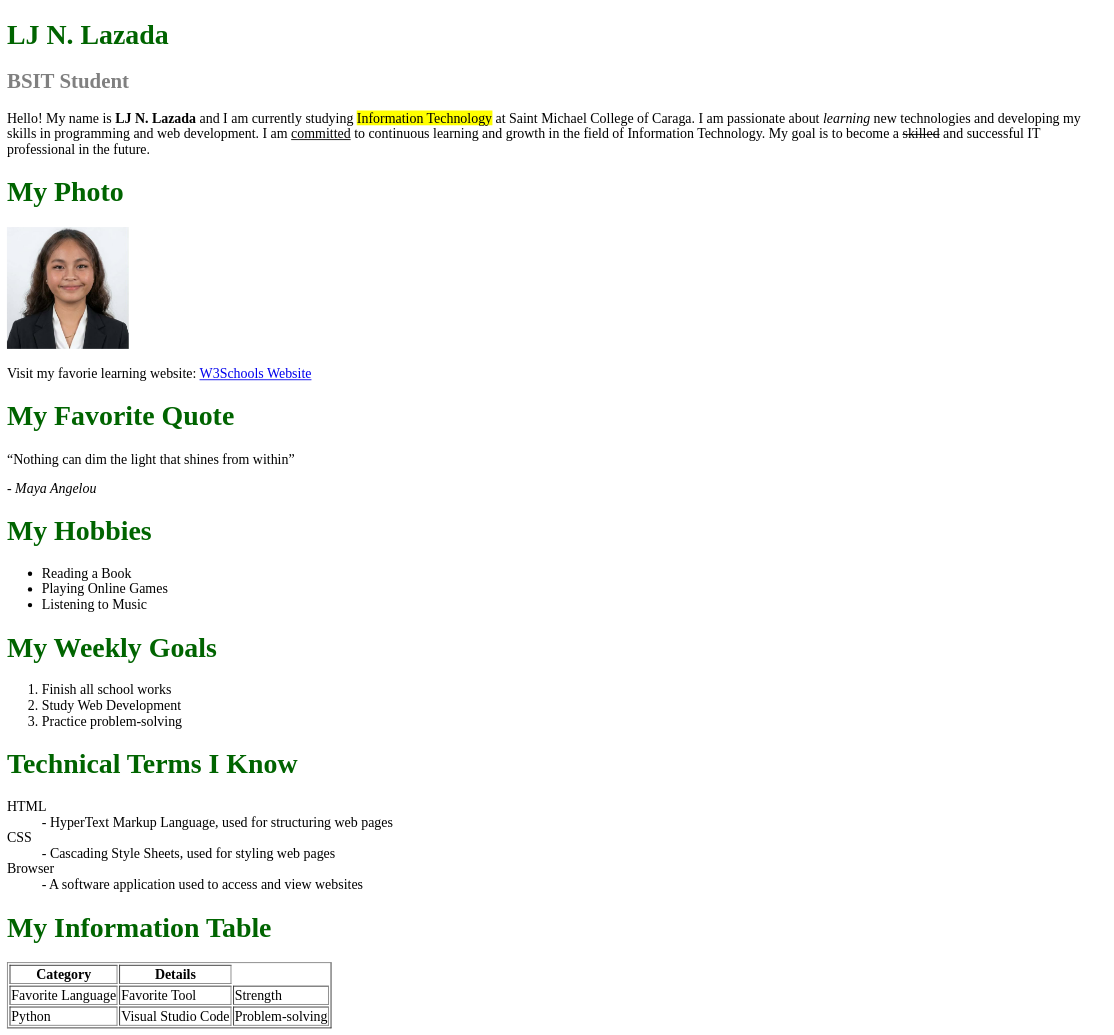
Repository: ljlazada11/myfirsthtml
Page: index.html
These files come from the project's save history. The page is drawn as it stood at one moment and after the next save; the edit follows.
The browser window is 1280 px wide. The pictures show the whole page, at 87% of full size.

Above is the page before, as saved 2026-06-24 20:41:52.

### index.html
<!DOCTYPE html>
<html lang="en">
<head>
    <meta charset="UTF-8">
    <meta name="viewport" content="width=device-width, initial-scale=1.0">
    <title>My Personal Web Profile</title>
    <link rel="icon" type="image/x-icon" href="images.png">

</head>
<body>
    <h1 style="color:darkgreen;">LJ N. Lazada</h1>
    <h2 style="color:gray;">BSIT Student</h2>
    <p>Hello! My name is <strong>LJ N. Lazada</strong> and I am currently studying <mark>Information Technology</mark> at Saint Michael College of Caraga. I am passionate about <i>learning</i> new technologies and developing my skills in programming and web development. I am <ins>committed</ins> to continuous learning and growth in the field of Information Technology. My goal is to become a <del>skilled</del> and successful IT professional in the future.</p>
</body>
    <h1 style="color:darkgreen;">My Photo</h1>
    <img src="pic.jpg" alt="My	Profile	Picture" width="140" height="140">
    <p> Visit my favorie learning website: <a href="https://www.w3schools.com/html/default.asp" target="_blank">W3Schools	Website</a></p>

<body>
    <h1 style="color:darkgreen;">My Favorite Quote</h1>
    <p><q>Nothing can dim the light that shines from within</q></p>
    <p><cite>- Maya Angelou</cite></p>
</body>
    <h1 style="color:darkgreen">My Hobbies</h1>
    <ul>
        <li>Reading a Book</li>
        <li>Playing Online Games</li>
        <li>Listening to Music</li>
    </ul>
</body>
    <h1 style="color:darkgreen">My Weekly Goals</h1>
    <ol>
        <li>Finish all school works</li>
        <li>Study Web Development</li>
        <li>Practice problem-solving</li>
    </ol>
<body>
    <h1 style="color:darkgreen">Technical Terms I Know</h1>
    <dl>
        <dt>HTML</dt>
        <dd>- HyperText Markup Language, used for structuring web pages</dd>
        <dt>CSS</dt>
        <dd>- Cascading Style Sheets, used for styling web pages</dd>
        <dt>Browser</dt>
        <dd>- A software application used to access and view websites</dd>
    </dl>
</body>
    <h1 style="color:darkgreen">My Information Table</h1>
<table border="1">
    <tr>
        <th>Category</th>
        <th>Details</th>
    </tr>
    <tr>
        <td>Favorite Language</td>
        <td>Favorite Tool</td>
        <td>Strength</td>
    </tr>
    <tr>
        <td>Python</td>
        <td>Visual Studio Code</td>
        <td>Problem-solving</td>
    </tr>
</table>


</html>

After the next save:
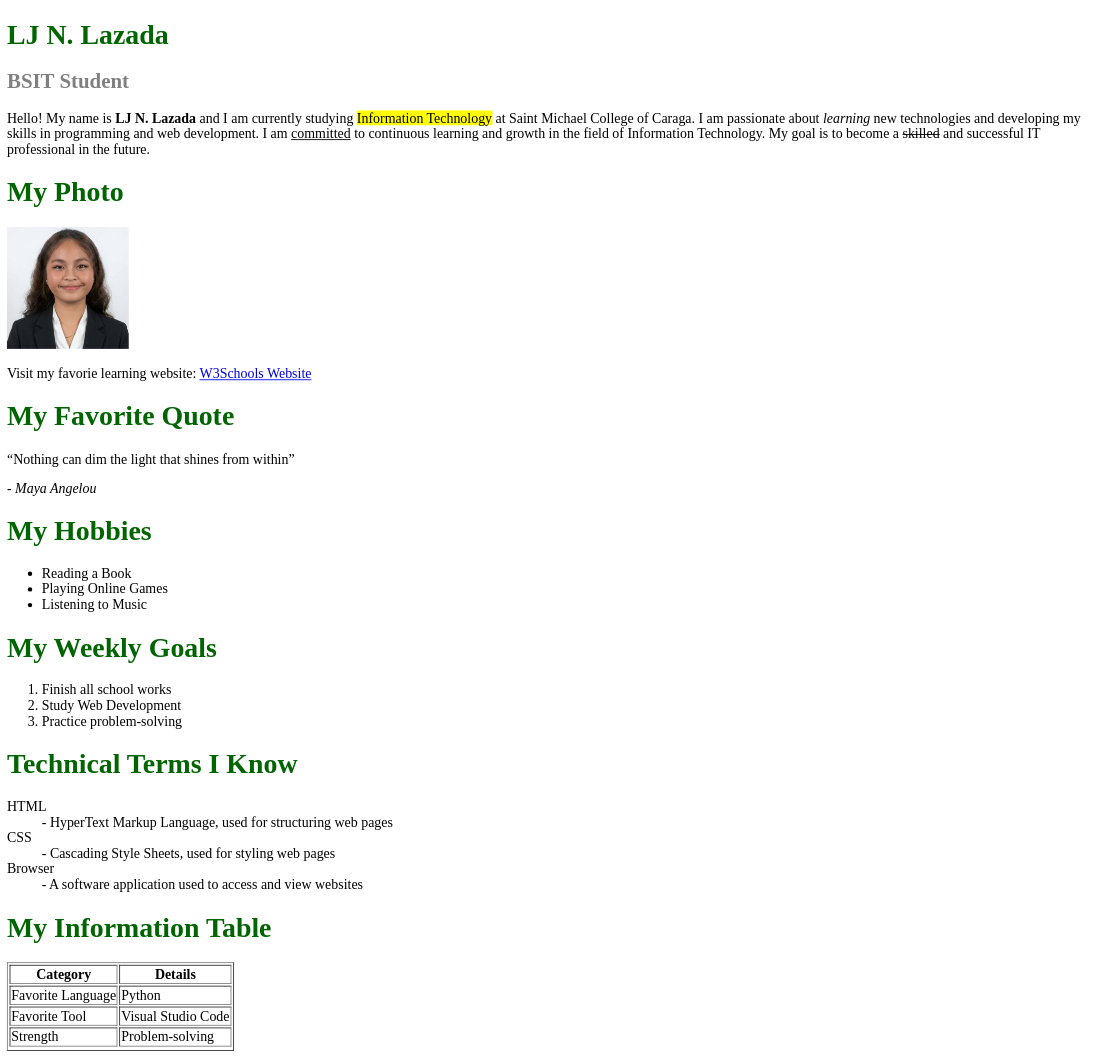
Saved 2 min 33 s later.
--- a/index.html
+++ b/index.html
@@ -53,13 +53,18 @@
     </tr>
     <tr>
         <td>Favorite Language</td>
-        <td>Favorite Tool</td>
-        <td>Strength</td>
+        <td>Python</td>
     </tr>
     <tr>
-        <td>Python</td>
+        <td>Favorite Tool</td>
         <td>Visual Studio Code</td>
+    </tr>
+    <tr>
+        <td>Strength</td>
         <td>Problem-solving</td>
+    </tr>
+    <tr>
+
     </tr>
 </table>
 
